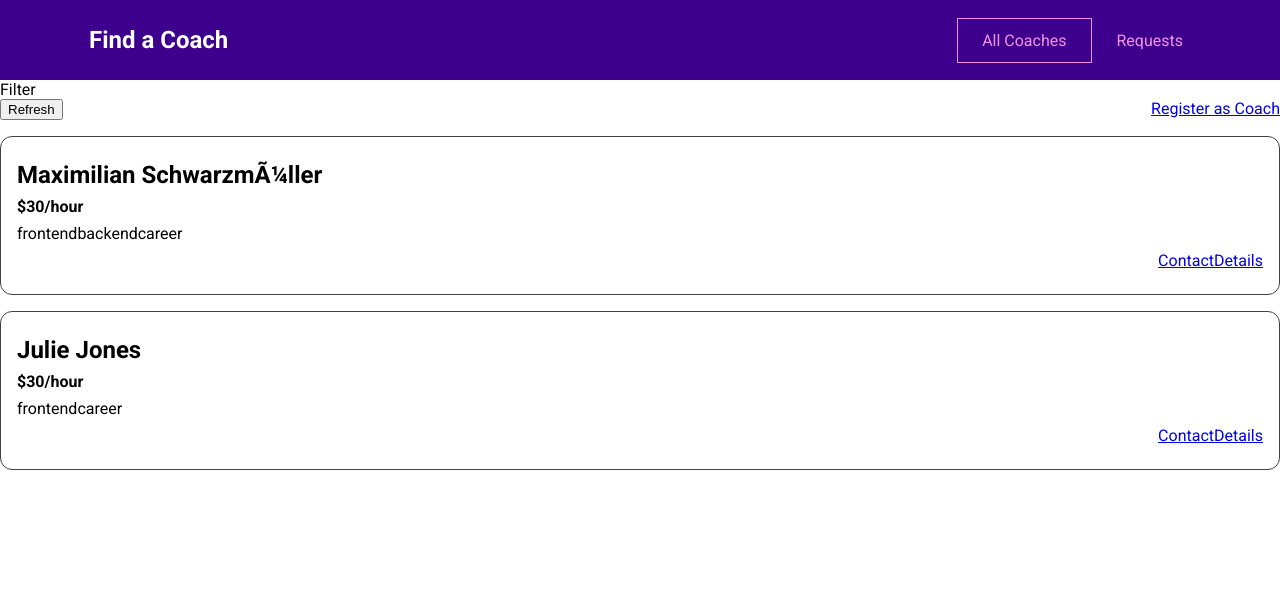
Repository: JesNatTer/coachfinder-app
Page: /
These files come from the project's save history. The page is drawn as it stood at one moment and after the next save; the edit follows.
The browser window is 1280 px wide. The pictures show the whole page.
The project was rebuilt for these pictures with package versions that can differ from the ones it lists, and the page was loaded fresh each time. Also part of the build but not shown: src/pages/coaches/CoachDetails.vue, src/pages/coaches/CoachRegister.vue, src/pages/requests/ContactCoach.vue, src/pages/requests/RequestsReceived.vue. Imported but missing from the stored project, and not drawn on this page: src/pages/NotFound.vue.

Above is the page before, as saved 2021-11-26 14:38:22.

After the next save:
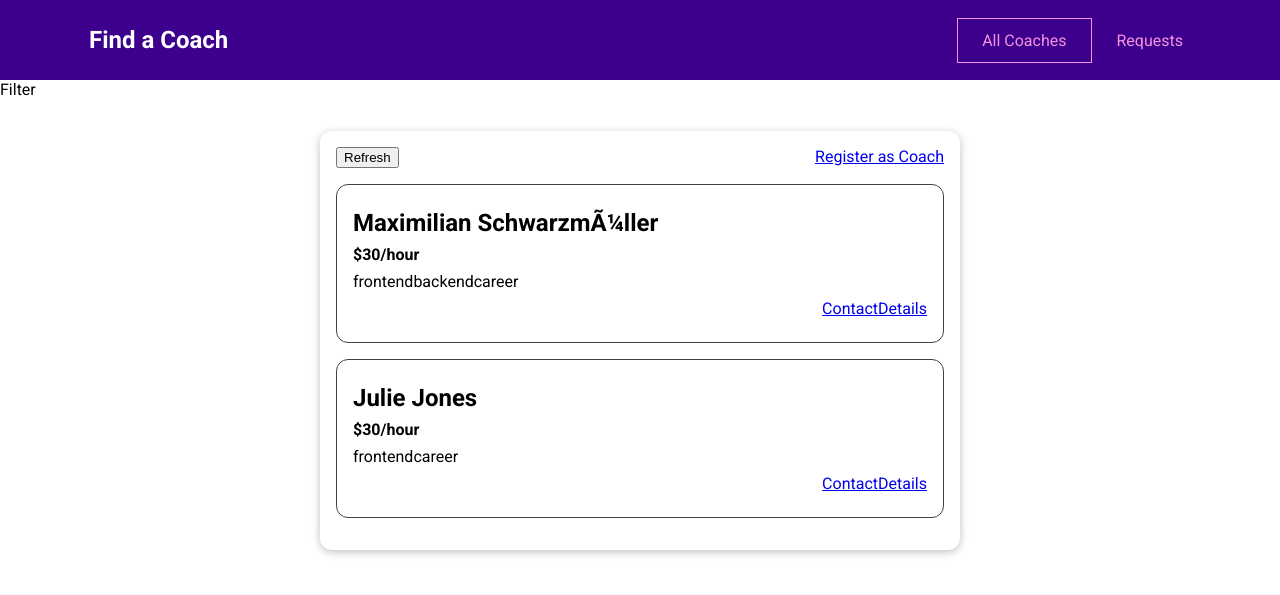
Saved 35 s later.
--- a/src/pages/coaches/CoachesList.vue
+++ b/src/pages/coaches/CoachesList.vue
@@ -1,16 +1,18 @@
 <template>
     <section>Filter</section>
-    <section>
-        <div class="controls">
-            <button>Refresh</button>
-            <router-link to="/register">Register as Coach</router-link>
-        </div>
-        <ul v-if="hasCoaches">
-            <CoachItem v-for="coach in filteredCoaches" :key="coach.id" :id="coach.id" :first-name="coach.firstName" :last-name="coach.lastName" :rate="coach.hourlyRate" :areas="coach.areas"
-            ></CoachItem>
-        </ul>
-        <h3 v-else>No coaches found.</h3>
-    </section>
+    <base-card>
+        <section>
+            <div class="controls">
+                <button>Refresh</button>
+                <router-link to="/register">Register as Coach</router-link>
+            </div>
+            <ul v-if="hasCoaches">
+                <CoachItem v-for="coach in filteredCoaches" :key="coach.id" :id="coach.id" :first-name="coach.firstName" :last-name="coach.lastName" :rate="coach.hourlyRate" :areas="coach.areas"
+                ></CoachItem>
+            </ul>
+            <h3 v-else>No coaches found.</h3>
+        </section>
+    </base-card>
 </template>
 
 <script>
